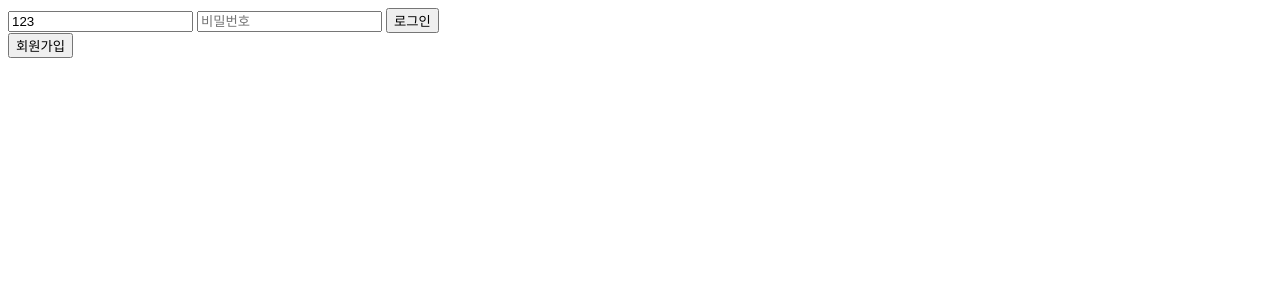
Repository: kokoko12334/myvocab-toy
Page: http://localhost/myVocabularyList/home.jsp
These files come from the project's save history. The page is drawn as it stood at one moment and after the next save; the edit follows.
The browser window is 1280 px wide. The pictures show the whole page.
The page is served by Tomcat 9.

Above is the page before, as saved 2023-04-05 15:00:59.

After the next save:
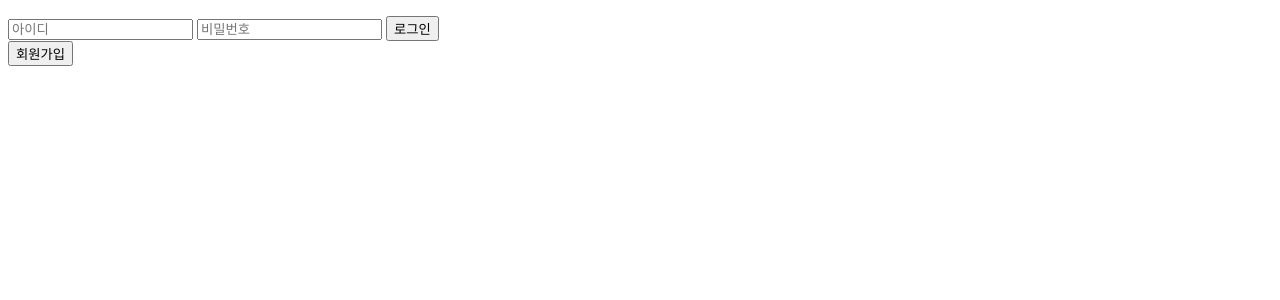
Saved 20 s later.
--- a/myVocabularyList/src/main/webapp/home.jsp
+++ b/myVocabularyList/src/main/webapp/home.jsp
@@ -11,10 +11,10 @@
 </head>
 
 <body>
-
+	<p>${id }</p>
 	<div>
 		<form action = "/login" method = "post" >
-			<input type = "text" name = "id" placeholder = "아이디" value = "123">
+			<input type = "text" name = "id" placeholder = "아이디" value = "${id}">
 			<input type = "password" name = "pwd" placeholder = "비밀번호">
 			<input type = "submit" value = "로그인">
 
